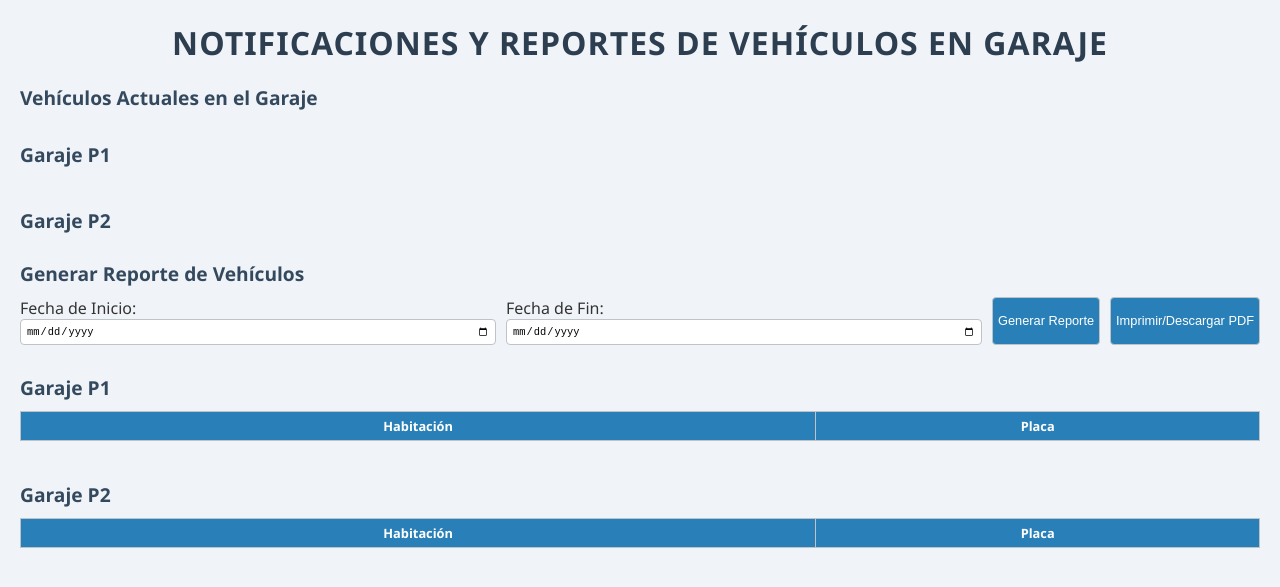
Repository: EddyWebz/REPOSITORIO-BASE-DATOS
Page: privado/report.html
An editor plug-in stored every save of this project. The page is shown before and after the next save, followed by the edit.
The browser window is 1280 px wide. The pictures show the whole page.
The page's requests for data from a server got no answer.

Above is the page before, as saved 2024-08-15 11:50:09.

After the next save:
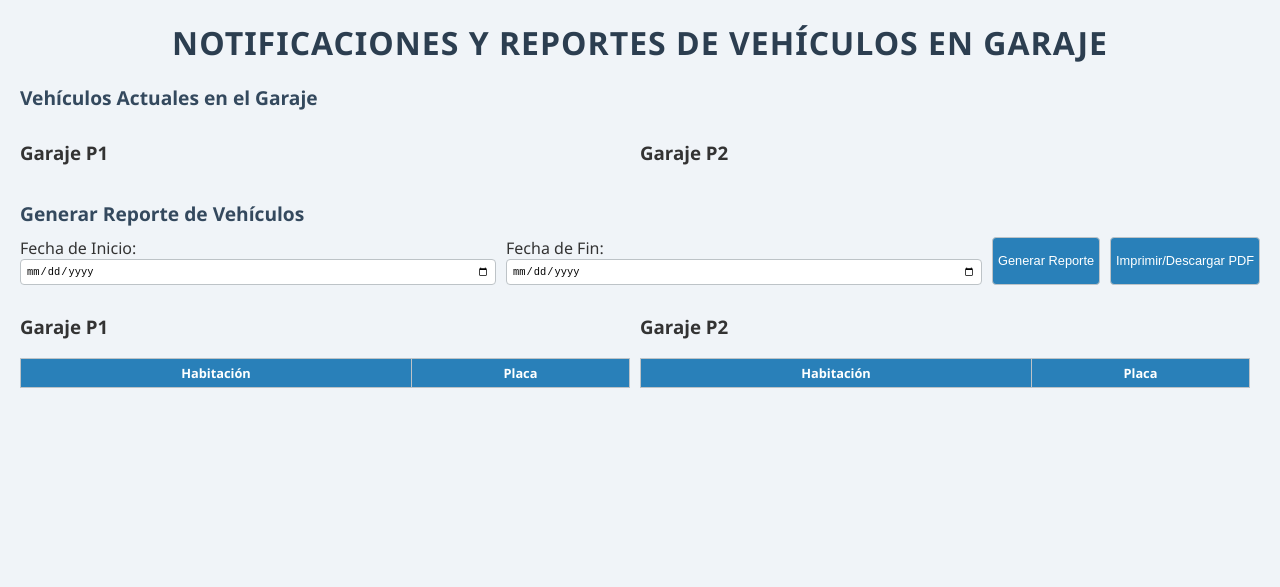
Saved 30 s later.
--- a/BASE-2/notif.css
+++ b/BASE-2/notif.css
@@ -20,22 +20,26 @@ header h1 {
 }
 
 /* Sección de Notificaciones */
-#notificaciones h2, #notificaciones h3 {
+#notificaciones h2 {
     color: #34495e;
     margin-bottom: 10px;
     font-size: 1.2em;
     animation: fadeIn 1s ease-in-out;
 }
 
+.notificaciones-garajes {
+    display: flex;
+    justify-content: space-between; /* Permite que los contenedores de garaje ocupen todo el ancho */
+}
+
 .garaje {
+    flex: 1;
+    margin-right: 10px;
+}
+
+.notificaciones-contenedor {
     display: flex;
     flex-direction: column;
-    margin-bottom: 10px;
-}
-
-.notificaciones-contenedor {
-    display: flex;
-    flex-wrap: wrap;
     gap: 5px;
     animation: slideInUp 0.5s ease-in-out;
 }
@@ -46,7 +50,7 @@ header h1 {
     padding: 5px;
     box-shadow: 0 2px 4px rgba(0, 0, 0, 0.1);
     border-radius: 4px;
-    width: calc(50% - 5px);  /* Ocupa la mitad del ancho disponible */
+    width: 100%;  /* Ocupa todo el ancho disponible */
     transition: transform 0.3s ease, box-shadow 0.3s ease;
     cursor: pointer;
 }
@@ -57,7 +61,7 @@ header h1 {
 }
 
 /* Sección de Reportes */
-#reportes h2, #reportes h3 {
+#reportes h2 {
     color: #34495e;
     margin-bottom: 10px;
     font-size: 1.2em;
@@ -98,6 +102,16 @@ header h1 {
 }
 
 /* Tablas de Reportes */
+.reportes-garajes {
+    display: flex;
+    justify-content: space-between; /* Permite que las tablas de garaje ocupen todo el ancho */
+}
+
+.garaje {
+    flex: 1;
+    margin-right: 10px;
+}
+
 .compact-table {
     width: 100%;
     border-collapse: collapse;
@@ -182,13 +196,8 @@ header h1 {
         display: none;
     }
 
-    /* Ocultar la sección de notificaciones en la impresión */
-    #notificaciones {
-        display: none;
-    }
-
-    /* Asegurar que las tablas no se dividan entre páginas */
+    /* Ajuste para impresión en una sola página */
     #reportes {
-        page-break-inside: avoid;
-    }
-}
+        page-break-before: always;
+    }
+}
